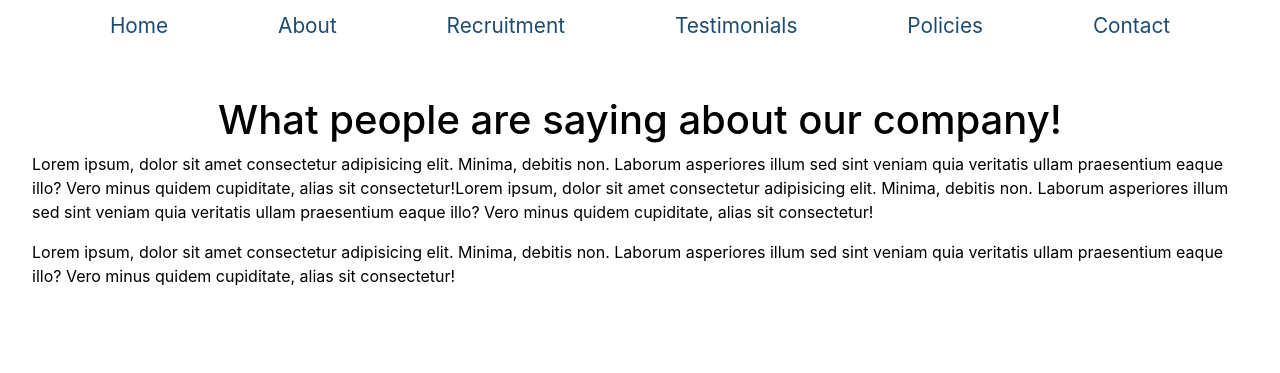
Repository: cerebrium/website
Page: /testimonials
An editor plug-in stored every save of this project. The page is shown before and after the next save, followed by the edit.
The browser window is 1280 px wide. The pictures show the whole page.
The project was rebuilt for these pictures with package versions that can differ from the ones it lists, and the page was loaded fresh each time. Also part of the build but not shown: src/Routes/About.jsx, src/Routes/Recruitment.jsx, src/Routes/Policies.jsx, src/Routes/Home.jsx, src/Routes/Contact.jsx.

Above is the page before, as saved 2019-11-02 13:49:49.

After the next save:
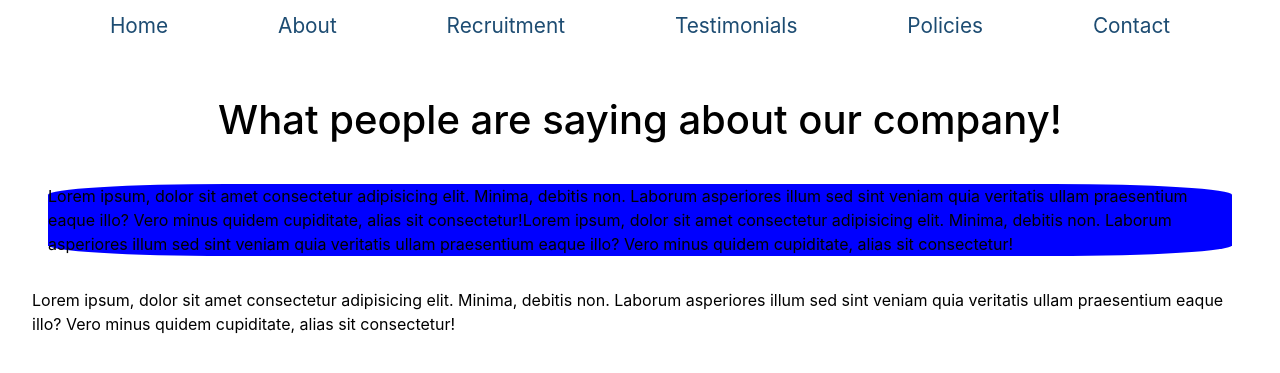
Saved 11 s later.
--- a/src/Routes/Testimonials.jsx
+++ b/src/Routes/Testimonials.jsx
@@ -7,7 +7,7 @@
                 <div className='rowCentering'>
                     <div className='contentCentering contentStyle'>
                         <h1>What people are saying about our company!</h1>
-                        <p>Lorem ipsum, dolor sit amet consectetur adipisicing elit. Minima, debitis non. Laborum asperiores illum sed sint veniam quia veritatis ullam praesentium eaque illo? Vero minus quidem cupiditate, alias sit consectetur!Lorem ipsum, dolor sit amet consectetur adipisicing elit. Minima, debitis non. Laborum asperiores illum sed sint veniam quia veritatis ullam praesentium eaque illo? Vero minus quidem cupiditate, alias sit consectetur!</p>
+                        <p className='commentStyle'>Lorem ipsum, dolor sit amet consectetur adipisicing elit. Minima, debitis non. Laborum asperiores illum sed sint veniam quia veritatis ullam praesentium eaque illo? Vero minus quidem cupiditate, alias sit consectetur!Lorem ipsum, dolor sit amet consectetur adipisicing elit. Minima, debitis non. Laborum asperiores illum sed sint veniam quia veritatis ullam praesentium eaque illo? Vero minus quidem cupiditate, alias sit consectetur!</p>
                         <p>Lorem ipsum, dolor sit amet consectetur adipisicing elit. Minima, debitis non. Laborum asperiores illum sed sint veniam quia veritatis ullam praesentium eaque illo? Vero minus quidem cupiditate, alias sit consectetur!</p>
                     </div>
                 </div>
